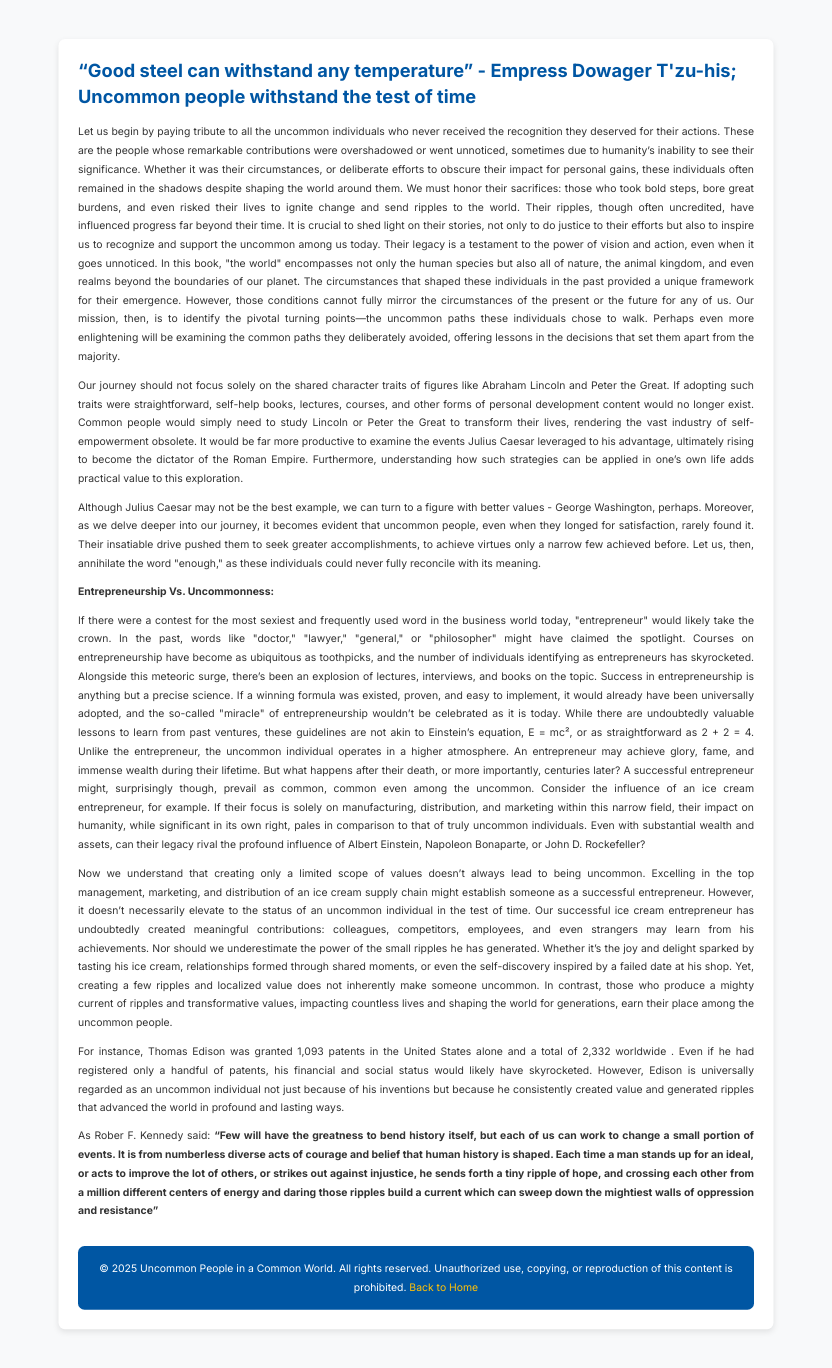
Repository: AvivGranot/Uncommon-Website
Page: Assets/Posts/post2.html
These files come from the project's save history. The page is drawn as it stood at one moment and after the next save; the edit follows.
The browser window is 1280 px wide. The pictures show the whole page, at 65% of full size.

Above is the page before, as saved 2025-01-09 10:06:32.

### Assets/Posts/post2.html
<!DOCTYPE html>
<html lang="en">
<head>
    <meta charset="UTF-8">
    <meta name="viewport" content="width=device-width, initial-scale=1.0">
    <title>Entrepreneurship vs. Uncommonness?</title>
    <link href="https://fonts.googleapis.com/css2?family=Inter:wght@400;700&display=swap" rel="stylesheet">
    <style>
        * {
            margin: 0;
            padding: 0;
            box-sizing: border-box;
        }

        body {
            font-family: 'Inter', sans-serif;
            background-color: #f8f9fa;
            color: #333;
            line-height: 1.8;
            padding: 20px;
        }

        .container {
            max-width: 1100px;
            margin: 40px auto;
            padding: 30px;
            background-color: #fff;
            border-radius: 10px;
            box-shadow: 0 4px 10px rgba(0, 0, 0, 0.1);
        }

        h1 {
            font-size: 1.75rem;
            margin-bottom: 20px;
            line-height: 1.4;
            color: #0056a3;
        }

        p {
            font-size: 1rem;
            margin-bottom: 15px;
            text-align: justify;
        }

        b {
            font-weight: bold;
        }

        u {
            text-decoration: underline;
        }

        .image {
    width: 100%; /* Responsive width */
    max-height: 600px; /* Adjust maximum height as needed */
    object-fit: contain; /* Maintains aspect ratio and avoids distortion */
    border-radius: 10px;
    margin: 15px 0;
}


        .footnote {
            font-size: 0.8rem;
            color: #666;
            margin-top: 10px;
        }

        footer {
            text-align: center;
            margin-top: 40px;
            padding: 20px;
            background-color: #0056a3;
            color: white;
            border-radius: 10px;
        }

        footer a {
            color: #ffc107;
            text-decoration: none;
        }

        footer a:hover {
            text-decoration: underline;
        }
    </style>
</head>
<body>
    <div class="container">
        <h1>“Good steel can withstand any temperature” - Empress Dowager T'zu-his; Uncommon people withstand the test of time</h1>
        <p>Let us begin by paying tribute to all the uncommon individuals who never received the recognition they deserved for their actions. These are the people whose remarkable contributions were overshadowed or went unnoticed, sometimes due to humanity’s inability to see their significance. Whether it was their circumstances, or deliberate efforts to obscure their impact for personal gains, these individuals often remained in the shadows despite shaping the world around them. We must honor their sacrifices: those who took bold steps, bore great burdens, and even risked their lives to ignite change and send ripples to the world. Their ripples, though often uncredited, have influenced progress far beyond their time. It is crucial to shed light on their stories, not only to do justice to their efforts but also to inspire us to recognize and support the uncommon among us today. Their legacy is a testament to the power of vision and action, even when it goes unnoticed. In this book, "the world" encompasses not only the human species but also all of nature, the animal kingdom, and even realms beyond the boundaries of our planet. The circumstances that shaped these individuals in the past provided a unique framework for their emergence. However, those conditions cannot fully mirror the circumstances of the present or the future for any of us. Our mission, then, is to identify the pivotal turning points—the uncommon paths these individuals chose to walk. Perhaps even more enlightening will be examining the common paths they deliberately avoided, offering lessons in the decisions that set them apart from the majority.</p>
        <p>Our journey should not focus solely on the shared character traits of figures like Abraham Lincoln and Peter the Great. If adopting such traits were straightforward, self-help books, lectures, courses, and other forms of personal development content would no longer exist. Common people would simply need to study Lincoln or Peter the Great to transform their lives, rendering the vast industry of self-empowerment obsolete. It would be far more productive to examine the events Julius Caesar leveraged to his advantage, ultimately rising to become the dictator of the Roman Empire. Furthermore, understanding how such strategies can be applied in one’s own life adds practical value to this exploration.</p>
        <p>Although Julius Caesar may not be the best example, we can turn to a figure with better values - George Washington, perhaps. Moreover, as we delve deeper into our journey, it becomes evident that uncommon people, even when they longed for satisfaction, rarely found it. Their insatiable drive pushed them to seek greater accomplishments, to achieve virtues only a narrow few achieved before. Let us, then, annihilate the word "enough," as these individuals could never fully reconcile with its meaning.</p>
        <p><b>Entrepreneurship Vs. Uncommonness:</b></p>
        <p>If there were a contest for the most sexiest and frequently used word in the business world today, "entrepreneur" would likely take the crown. In the past, words like "doctor," "lawyer," "general," or "philosopher" might have claimed the spotlight. Courses on entrepreneurship have become as ubiquitous as toothpicks, and the number of individuals identifying as entrepreneurs has skyrocketed. Alongside this meteoric surge, there’s been an explosion of lectures, interviews, and books on the topic. Success in entrepreneurship is anything but a precise science. If a winning formula was existed, proven, and easy to implement, it would already have been universally adopted, and the so-called "miracle" of entrepreneurship wouldn’t be celebrated as it is today. While there are undoubtedly valuable lessons to learn from past ventures, these guidelines are not akin to Einstein’s equation, E = mc², or as straightforward as 2 + 2 = 4. Unlike the entrepreneur, the uncommon individual operates in a higher atmosphere. An entrepreneur may achieve glory, fame, and immense wealth during their lifetime. But what happens after their death, or more importantly, centuries later? A successful entrepreneur might, surprisingly though, prevail as common, common even among the uncommon. Consider the influence of an ice cream entrepreneur, for example. If their focus is solely on manufacturing, distribution, and marketing within this narrow field, their impact on humanity, while significant in its own right, pales in comparison to that of truly uncommon individuals. Even with substantial wealth and assets, can their legacy rival the profound influence of Albert Einstein, Napoleon Bonaparte, or John D. Rockefeller?</p>
        <p>Now we understand that creating only a limited scope of values doesn’t always lead to being uncommon. Excelling in the top management, marketing, and distribution of an ice cream supply chain might establish someone as a successful entrepreneur. However, it doesn’t necessarily elevate to the status of an uncommon individual in the test of time. Our successful ice cream entrepreneur has undoubtedly created meaningful contributions: colleagues, competitors, employees, and even strangers may learn from his achievements. Nor should we underestimate the power of the small ripples he has generated. Whether it’s the joy and delight sparked by tasting his ice cream, relationships formed through shared moments, or even the self-discovery inspired by a failed date at his shop. Yet, creating a few ripples and localized value does not inherently make someone uncommon. In contrast, those who produce a mighty current of ripples and transformative values, impacting countless lives and shaping the world for generations, earn their place among the uncommon people.</p>
        <p>For instance, Thomas Edison was granted 1,093 patents in the United States alone and a total of 2,332 worldwide . Even if he had registered only a handful of patents, his financial and social status would likely have skyrocketed. However, Edison is universally regarded as an uncommon individual not just because of his inventions but because he consistently created value and generated ripples that advanced the world in profound and lasting ways.</p>
        <p>As Rober F. Kennedy said: <b>“Few will have the greatness to bend history itself, but each of us can work to change a small portion of events. It is from numberless diverse acts of courage and belief that human history is shaped. Each time a man stands up for an ideal, or acts to improve the lot of others, or strikes out against injustice, he sends forth a tiny ripple of hope, and crossing each other from a million different centers of energy and daring those ripples build a current which can sweep down the mightiest walls of oppression and resistance” </b></p>













        <footer>
            &copy; 2025 Uncommon People in a Common World. All rights reserved. Unauthorized use, copying, or reproduction of this content is prohibited. <a href="index.html">Back to Home</a>
        </footer>
    </div>
</body>
</html>

After the next save:
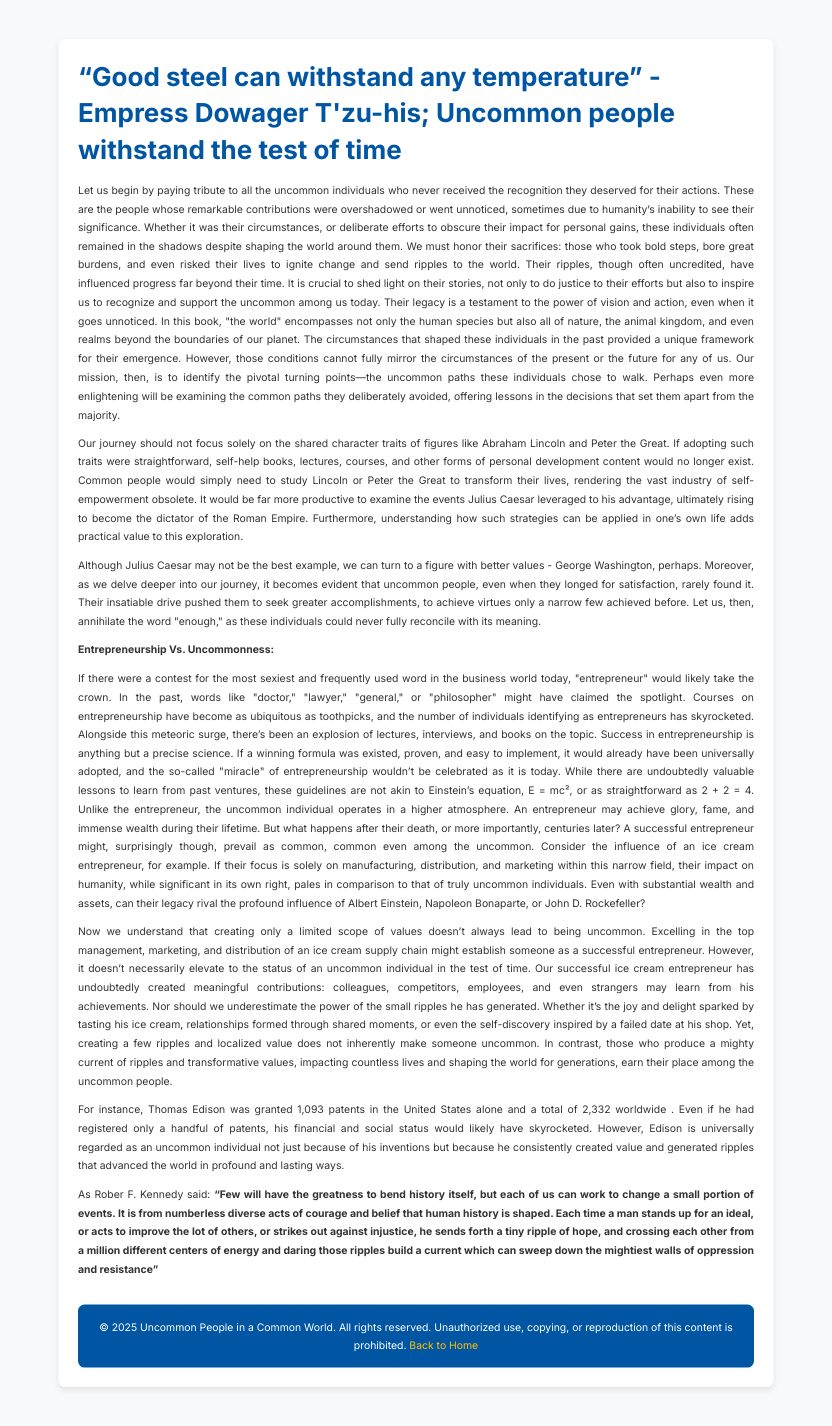
Saved 24 s later.
--- a/Assets/Posts/post2.html
+++ b/Assets/Posts/post2.html
@@ -30,7 +30,7 @@
         }
 
         h1 {
-            font-size: 1.75rem;
+            font-size: 2.5rem;
             margin-bottom: 20px;
             line-height: 1.4;
             color: #0056a3;
